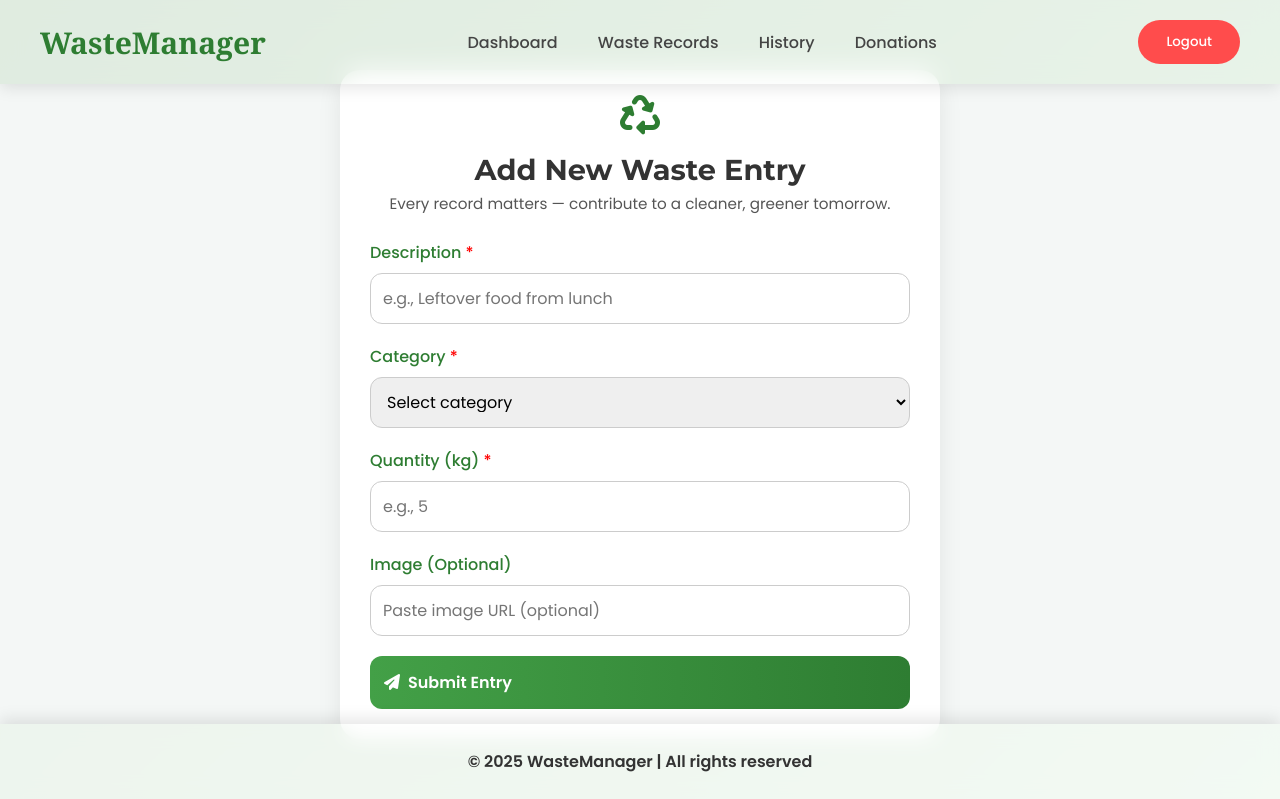
Repository: mahekagrawal25/restaurant-waste-management
Page: frontend/addwaste.html
These files come from the project's save history. The page is drawn as it stood at one moment and after the next save; the edit follows.
The browser window is 1280 px wide. The pictures show the whole page.
Backgrounds fixed to the window are drawn as part of the page.

Above is the page before, as saved 2025-04-06 22:11:00.

After the next save:
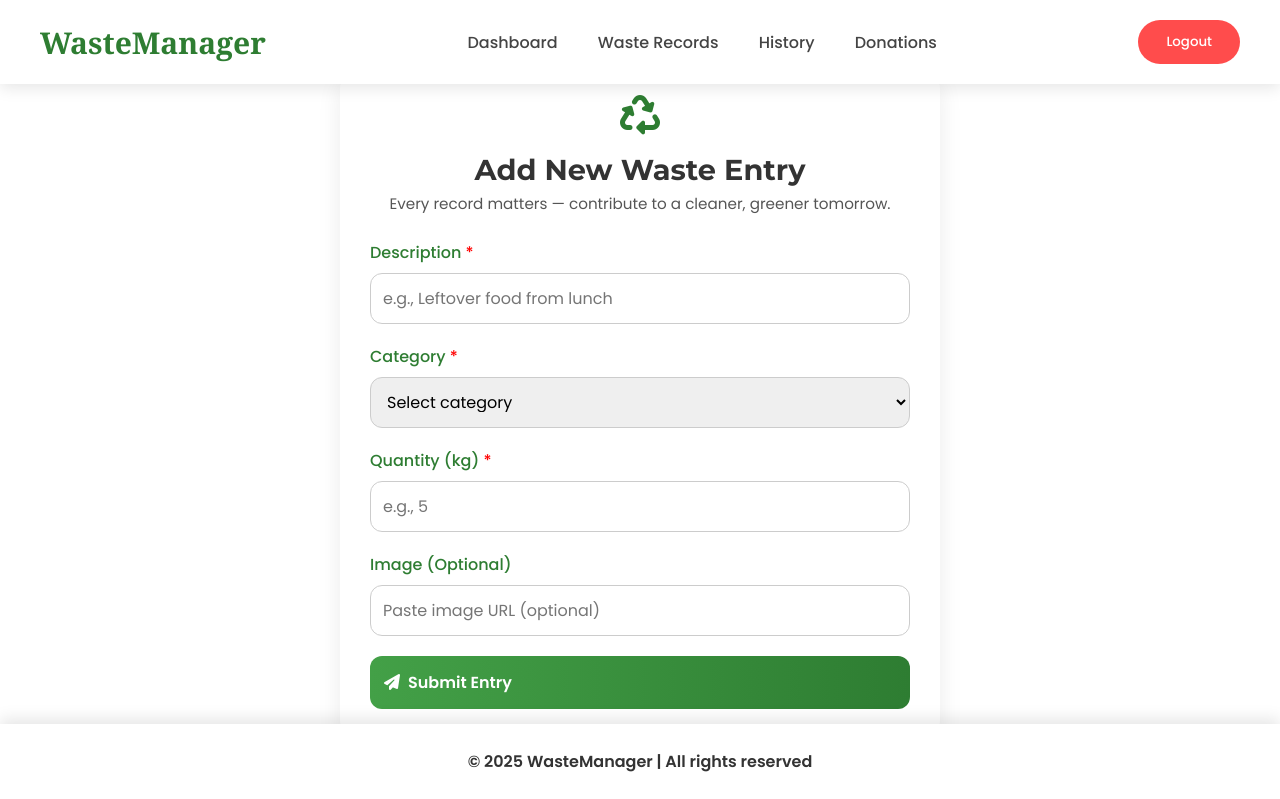
Not found: frontend/images/bg.jpg
Saved 4 s later.
--- a/frontend/addwaste.html
+++ b/frontend/addwaste.html
@@ -17,6 +17,36 @@
 
 
 
+
+
+
+
+
+
+
+
+
+
+
+    <style>
+        body {
+          margin: 0;
+          padding: 0;
+          font-family: 'Poppins', sans-serif;
+          background: url('images/bg.jpg') no-repeat center center fixed;
+          background-size: cover;
+          background-attachment: fixed;
+        }
+
+        .page-wrapper {
+          background-color: rgba(255, 255, 255, 0.3);
+          backdrop-filter: blur(4px);
+        }
+
+        .waste-card {
+          background: rgba(255, 255, 255, 0.95);
+        }
+      </style>
 
 
 
